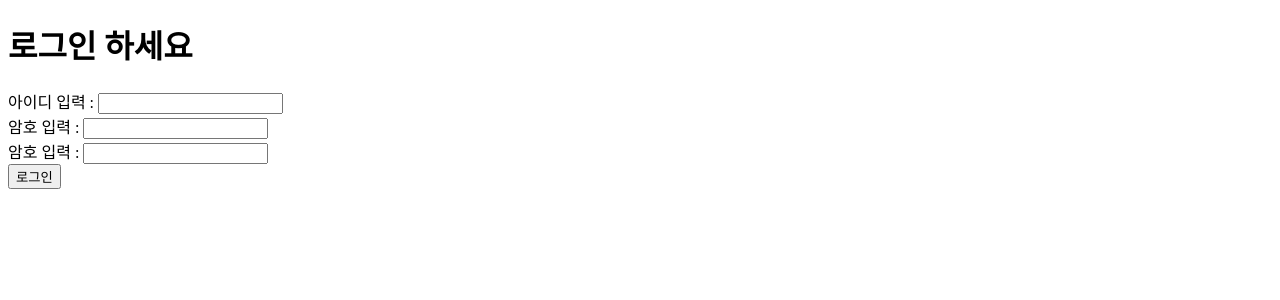
Repository: zwundzwzig/STARTERS
Page: workspace_webserver/servelettest/src/main/webapp/login_js.html
The author's editor kept a copy of each file at every save. The page is drawn from the files as they stood at one save, then again after the next save.
The browser window is 1280 px wide. The pictures show the whole page.

Above is the page before, as saved 2023-01-04 04:34:01.

After the next save:
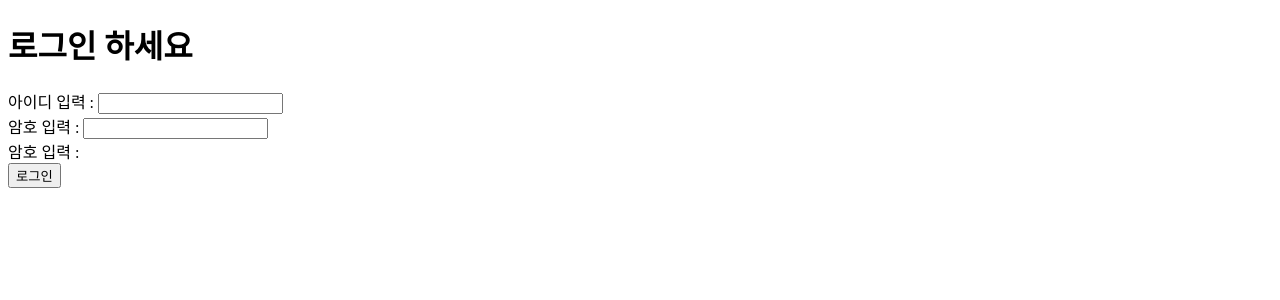
Saved 8 s later.
--- a/workspace_webserver/servelettest/src/main/webapp/login_js.html
+++ b/workspace_webserver/servelettest/src/main/webapp/login_js.html
@@ -11,7 +11,7 @@
 			<br />
 			암호 입력 : <input type="password" name="pw" />
 			<br />
-			암호 입력 : <input type="password" name="pw" />
+			암호 입력 : <input type="hidden" name="pw" />
 			<br />
 			<input type="submit" value="로그인" />
 		</form>
